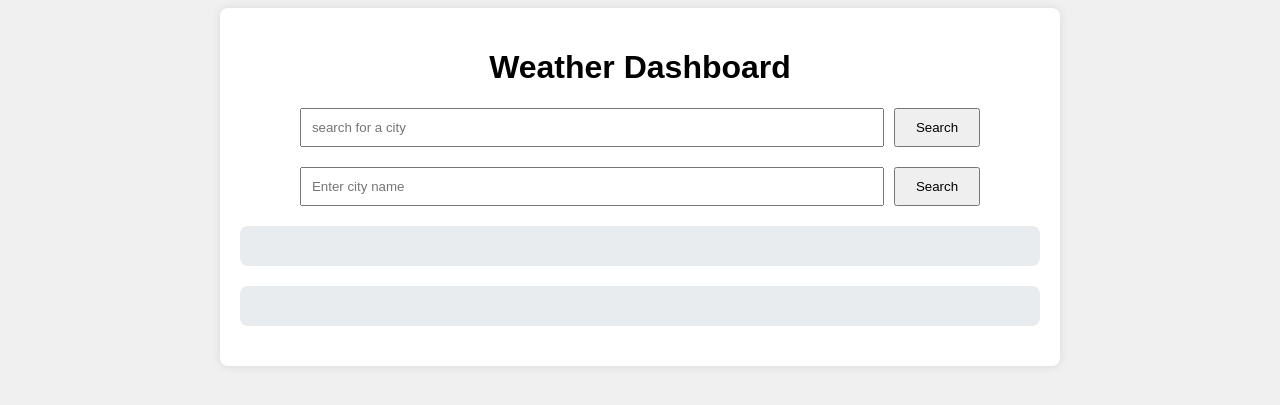
Repository: PaigeC001/WeatherOutlookTracker
Page: WeatherOutlookTracker/index.html
The author's editor kept a copy of each file at every save. The page is drawn from the files as they stood at one save, then again after the next save.
The browser window is 1280 px wide. The pictures show the whole page.

Above is the page before, as saved 2024-07-16 04:12:08.

### WeatherOutlookTracker/index.html
<!DOCTYPE html>
<html lang="en">
<head>
    <meta charset="UTF-8">
    <meta name="viewport" content="width=device-width, initial-scale=1.0">
    <title>Weather Dashboard</title>
    <link rel="stylesheet" href="styles.css">
</head>
<body>
    <div class="container">
        <h1>Weather Dashboard</h1>
    </header>
    <main>
        <section class="search-section">
            <input type="text" id="city-input" placeholder="search for a city">
            <button id="search-button">Search</button>
            <div id="search-history" class="search-history"></div>
        </section>

    </main>
        <div class="search-section">
            <input type="text" id="city-input" placeholder="Enter city name">
            <button id="search-button">Search</button>
        </div>
        <div class="search-history" id="search-history"></div>
        <div class="current-weather" id="current-weather"></div>
        <div class="forecast" id="forecast"></div>
    </div>
    <script src="script.js"></script>
</body>
</html>

### WeatherOutlookTracker/styles.css
body {
    font-family: Arial, sans-serif;
    background-color: #f0f0f0;
}

.container {
    max-width: 800px;
    margin: auto;
    padding: 20px;
    background-color: white;
    border-radius: 8px;
    box-shadow: 0 0 10px rgba(0, 0, 0, 0.1);
}

h1 {
    text-align: center;
}

.search-section {
    display: flex;
    justify-content: center;
    margin-bottom: 20px;
}

#city-input {
    width: 70%;
    padding: 10px;
    margin-right: 10px;
}

#search-button {
    padding: 10px 20px;
    cursor: pointer;
}

.search-history {
    margin-bottom: 20px;
}

.search-history button {
    display: block;
    width: 100%;
    margin: 5px 0;
    padding: 10px;
    cursor: pointer;
    background-color: #007bff;
    color: white;
    border: none;
    border-radius: 4px;
}

.current-weather, .forecast {
    margin-bottom: 20px;
    padding: 20px;
    background-color: #e9ecef;
    border-radius: 8px;
}

.forecast .forecast-item {
    display: inline-block;
    width: 18%;
    margin-right: 2%;
    background-color: white;
    padding: 10px;
    border-radius: 8px;
    text-align: center;
}

### WeatherOutlookTracker/script.js
const apiKey = 'fe4d8bc132a06db690ae7d80bd8988ae';
const searchButton = document.getElementById('search-button');
const cityInput = document.getElementById('city-input');
const currentWeather = document.getElementById('current-weather');
const forecast = document.getElementById('forecast');
const searchHistory = document.getElementById('search-history');

let cities = [];

searchButton.addEventListener('click', () => {
    const city = cityInput.value;
    if (city && !cities.includes(city)) {
        cities.push(city);
        updateSearchHistory();
        getWeather(city);
    }
});

searchHistory.addEventListener('click', (event) => {
    if (event.target.tagName === 'BUTTON') {
        const city = event.target.textContent;
        getWeather(city);
    }
});

function updateSearchHistory() {
    searchHistory.innerHTML = '';
    cities.forEach(city => {
        const button = document.createElement('button');
        button.textContent = city;
        searchHistory.appendChild(button);
    });
}

function getWeather(city) {
    fetch(`https://api.openweathermap.org/data/2.5/weather?q=${city}&appid=${apiKey}&units=metric`)
        .then(response => response.json())
        .then(data => {
            displayCurrentWeather(data);
            return fetch(`https://api.openweathermap.org/data/2.5/forecast?q=${city}&appid=${apiKey}&units=metric`);
        })
        .then(response => response.json())
        .then(data => {
            displayForecast(data);
        })
        .catch(error => {
            console.error('Error fetching weather data:', error);
        });
}

function displayCurrentWeather(data) {
    const { name, dt, weather, main, wind } = data;
    currentWeather.innerHTML = `
        <h2>${name}</h2>
        <p>${new Date(dt * 1000).toLocaleDateString()}</p>
        <img src="https://openweathermap.org/img/wn/${weather[0].icon}.png" alt="${weather[0].description}">
        <p>Temperature: ${main.temp} °C</p>
        <p>Humidity: ${main.humidity}%</p>
        <p>Wind Speed: ${wind.speed} m/s</p>
    `;
}

function displayForecast(data) {
    forecast.innerHTML = '<h3>5-Day Forecast</h3>';
    const forecastList = data.list.filter((_, index) => index % 8 === 0);
    forecastList.forEach(item => {
        const { dt, weather, main, wind } = item;
        const forecastItem = document.createElement('div');
        forecastItem.className = 'forecast-item';
        forecastItem.innerHTML = `
            <p>${new Date(dt * 1000).toLocaleDateString()}</p>
            <img src="https://openweathermap.org/img/wn/${weather[0].icon}.png" alt="${weather[0].description}">
            <p>Temp: ${main.temp} °C</p>
            <p>Humidity: ${main.humidity}%</p>
            <p>Wind: ${wind.speed} m/s</p>
        `;
        forecast.appendChild(forecastItem);
    });
}

After the next save:
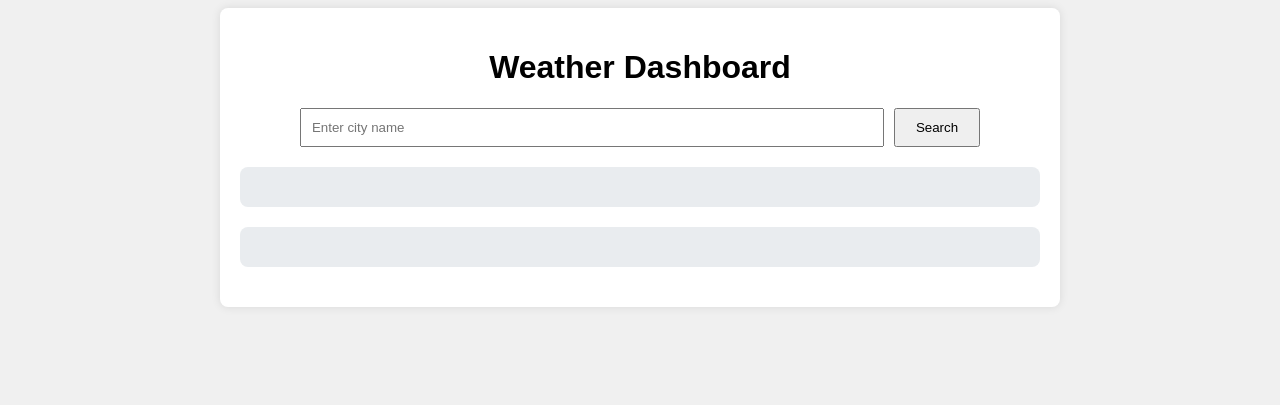
Saved 38 s later.
--- a/WeatherOutlookTracker/index.html
+++ b/WeatherOutlookTracker/index.html
@@ -10,13 +10,6 @@
     <div class="container">
         <h1>Weather Dashboard</h1>
     </header>
-    <main>
-        <section class="search-section">
-            <input type="text" id="city-input" placeholder="search for a city">
-            <button id="search-button">Search</button>
-            <div id="search-history" class="search-history"></div>
-        </section>
-
     </main>
         <div class="search-section">
             <input type="text" id="city-input" placeholder="Enter city name">
